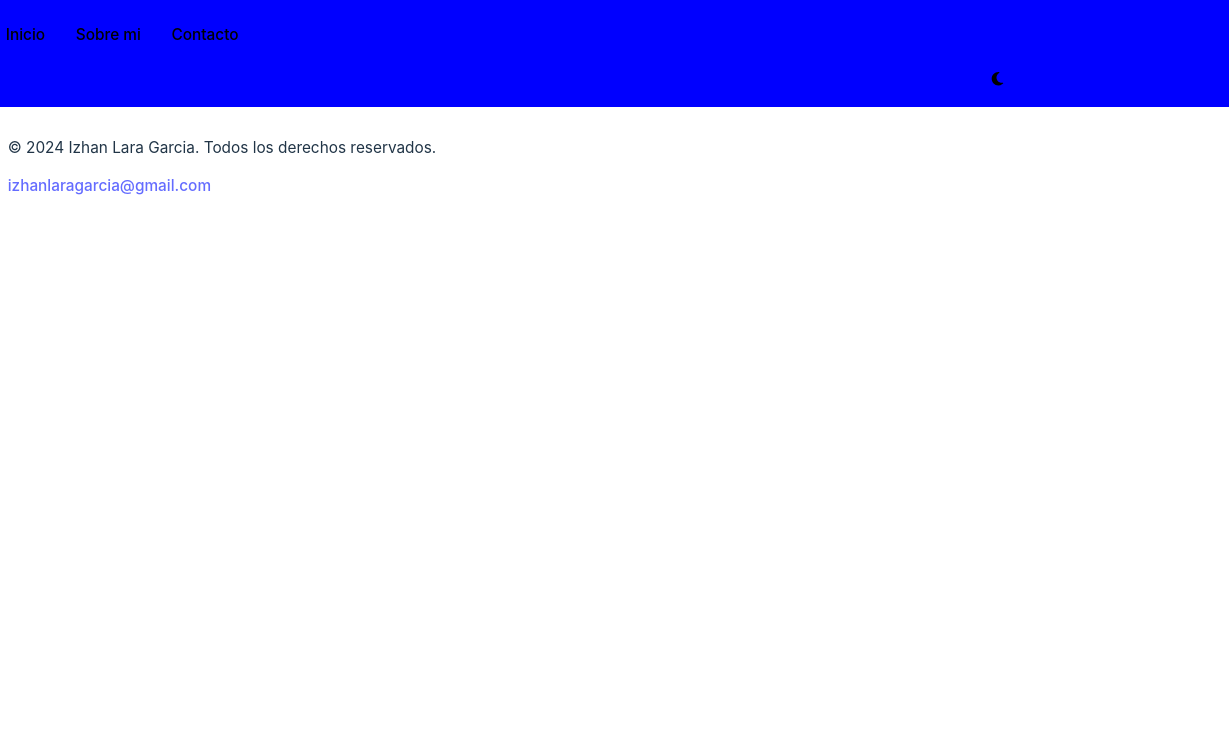
Repository: izhanlaraagarcia/izhanlaraagarcia.github.io
Page: / (app in vite-project/)
An editor plug-in stored every save of this project. The page is shown before and after the next save, followed by the edit.
The browser window is 1280 px wide. The pictures show the whole page, at 96% of full size.
The project was rebuilt for these pictures with package versions that can differ from the ones it lists, and the page was loaded fresh each time. Also part of the build but not shown: vite-project/vite.config.js, vite-project/src/Home/Styles/estilos.css, vite-project/src/Componentes-Generales/styles/banner.css, vite-project/src/pages/About/about.jsx, vite-project/src/pages/Contact/contact.jsx.

Above is the page before, as saved 2024-07-10 13:58:39.

### vite-project/index.html
<!doctype html>
<html lang="en">
  <head>
    <meta charset="UTF-8" />
    <meta name="viewport" content="width=device-width, initial-scale=1.0" />
    <title>Izhan Lara Garcia</title>
  </head>
  <body>
    <div id="root"></div>
    <script type="module" src="/src/main.jsx"></script>
  </body>
</html>

### vite-project/src/App.jsx
import React from 'react';
import { BrowserRouter as Router, Route, Routes } from 'react-router-dom';
import Menu from './Componentes-Generales/menu.jsx';
import Inicio from './Home/Inicio.jsx';
import About from './pages/About/about.jsx';
import Contact from './pages/Contact/contact.jsx';

class App extends React.Component {
  render() {
    return (
      <Router>
        <Menu />
        <Routes>
          <Route path="/" element={<Inicio />} />
          <Route path="/sobre-mi" element={<About />} />
          <Route path="/contacto" element={<Contact />} />
        </Routes>
      </Router>
    );
  }
}

export default App;

### vite-project/src/index.css
:root {
  font-family: Inter, system-ui, Avenir, Helvetica, Arial, sans-serif;
  line-height: 1.5;
  font-weight: 400;

  color-scheme: light dark;
  color: rgba(255, 255, 255, 0.87);
  background-color: #242424;

  font-synthesis: none;
  text-rendering: optimizeLegibility;
  -webkit-font-smoothing: antialiased;
  -moz-osx-font-smoothing: grayscale;
}

a {
  font-weight: 500;
  color: #646cff;
  text-decoration: inherit;
}
a:hover {
  color: #535bf2;
}

body {

  min-width: 320px;
  min-height: 100vh;
}

h1 {
  font-size: 3.2em;
  line-height: 1.1;
}

button {
  border-radius: 8px;
  border: 1px solid transparent;
  padding: 0.6em 1.2em;
  font-size: 1em;
  font-weight: 500;
  font-family: inherit;
  background-color: #1a1a1a;
  cursor: pointer;
  transition: border-color 0.25s;
}
button:hover {
  border-color: #646cff;
}
button:focus,
button:focus-visible {
  outline: 4px auto -webkit-focus-ring-color;
}

@media (prefers-color-scheme: light) {
  :root {
    color: #213547;
    background-color: #ffffff;
  }
  a:hover {
    color: #747bff;
  }
  button {
    background-color: #f9f9f9;
  }
}

### vite-project/src/Componentes-Generales/menu.jsx
import React from "react";
import { Link } from "react-router-dom";
import "./styles/menu.css";

import TemaComponent from "./thema";

class Menu extends React.Component {
  render() {
    return (
      <header>
        <nav>
          <ul>
            <li>
              <Link to="/">Inicio</Link>
            </li>
            <li>
              <Link to="/sobre-mi">Sobre mi</Link>
            </li>
            <li>
              <Link to="/contacto">Contacto</Link>
            </li>
            <li>
              <TemaComponent/>
            </li>
          </ul>
        </nav>
      </header>
    );
  }
}

export default Menu;

### vite-project/src/Home/Inicio.jsx
import React from "react";
import "./Styles/estilos.css";

import Banner from '../Componentes-Generales/banner'
import Footer from '../Componentes-Generales/footer'


class Inicio extends React.Component {
  render() {
    return (
      // Pequeña presentacion para el inicio
      <>
        <Banner /><Footer /></>
    );
  }
}

export default Inicio;

### vite-project/src/Componentes-Generales/styles/menu.css
nav {
    top: 0;
    right: 0;
    margin: 0%;
    padding: 10px;
    position: fixed;
    width: 100%;

    background-color: blue;
}

nav ul {
    list-style-type: none;
    padding: 0;
    margin: 0;
}

nav a {
    float: left;
    display: block;
    color: black;
    text-align: center;
    padding: 14px 16px;
}

nav ul li a:hover {
    background-color: aliceblue;
}

.blackbutton {
    background: unset;
    border: none;
    cursor: pointer;
}

### vite-project/src/Componentes-Generales/thema.jsx
import React, { useState } from 'react';
import { FontAwesomeIcon } from '@fortawesome/react-fontawesome';
import { faSun, faMoon } from '@fortawesome/free-solid-svg-icons';

const TemaComponent = () => {
  const [dark, setDark] = useState(false);

  const handleClick = () => {
    if (dark) {
      document.body.style.backgroundColor = "white";
      setDark(false);
    } else {
      document.body.style.backgroundColor = "darkgrey";
      setDark(true);
    }
  };

  return (
    <button
      id="tema"
      style={{ cursor: 'pointer', background: 'none', border: 'none', outline: 'none' , marginLeft: '80%'}}
      onClick={handleClick}
      aria-label={dark ? 'Cambiar al modo claro' : 'Cambiar al modo oscuro'}
    >
      <FontAwesomeIcon icon={dark ? faSun : faMoon} style={{ color: dark ? 'black' : 'inherit' }} />
    </button>
  );
};

export default TemaComponent;

### vite-project/src/Componentes-Generales/banner.jsx
import React from "react";
import "./styles/banner.css";

class Banner extends React.Component {
  render() {
    return (
      <div>
        <section id="welcome">
          <h1>¡Hola, soy Izhan Lara Garcia</h1>
        </section>
      </div>
    );
  }
}

export default Banner;

### vite-project/src/Componentes-Generales/footer.jsx
import React from "react";
import './styles/footer.css'


class Footer extends React.Component{
    render(){
        return (
            <footer id="footer">
            <p>© 2024 Izhan Lara Garcia. Todos los derechos reservados.</p>
            <a href="mailto:izhanlaragarcia@gmail.com">izhanlaragarcia@gmail.com</a>
          </footer>
        )
    }
}

export default Footer;

### vite-project/src/Componentes-Generales/styles/footer.css
footer{
    position: relative;
    text-decoration: none;
}

footer a:hover{
    text-decoration: underline;
}

Loaded but not shown: vite-project/src/main.jsx (common file)

After the next save:
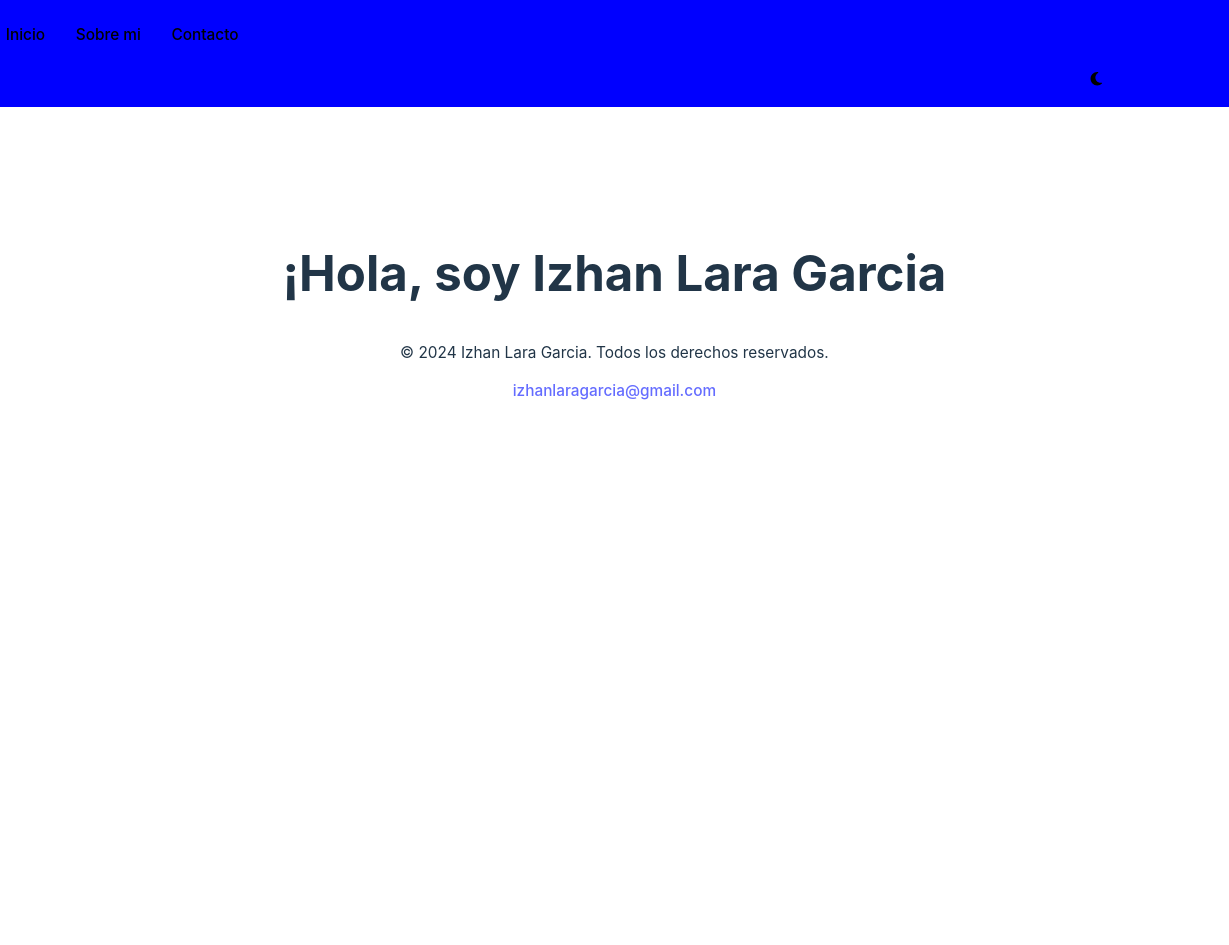
Saved 15 s later.
--- a/vite-project/src/index.css
+++ b/vite-project/src/index.css
@@ -23,7 +23,8 @@ a:hover {
 }
 
 body {
-
+  margin-top: 20%;
+  text-align: center;
   min-width: 320px;
   min-height: 100vh;
 }
